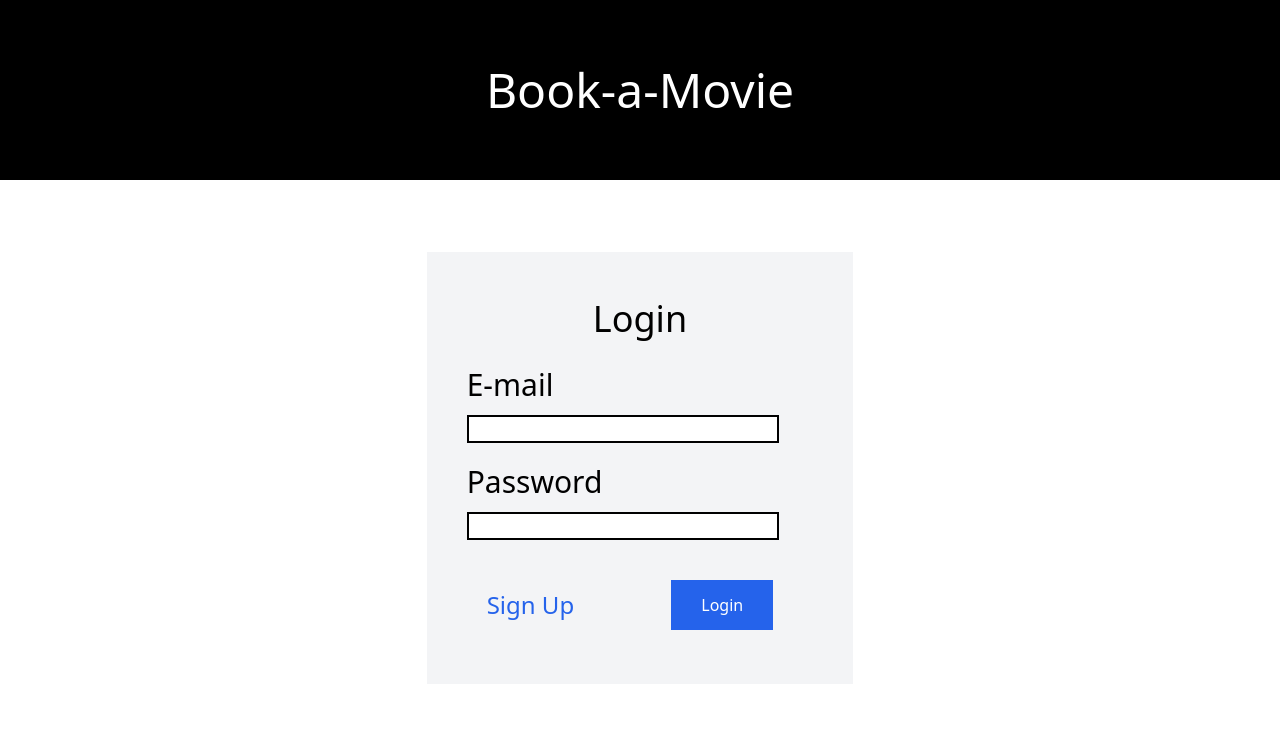
Repository: BhumilModi/movie-booking-app-assignment
Page: /
An editor plug-in stored every save of this project. The page is shown before and after the next save, followed by the edit.
The browser window is 1280 px wide. The pictures show the whole page.
The project was rebuilt for these pictures with package versions that can differ from the ones it lists, and the page was loaded fresh each time. Also part of the build but not shown: src/App.css, src/components/Sidebar.jsx, src/components/Home.jsx, src/components/SignUp.jsx.

Above is the page before, as saved 2022-11-29 19:07:37.

After the next save:
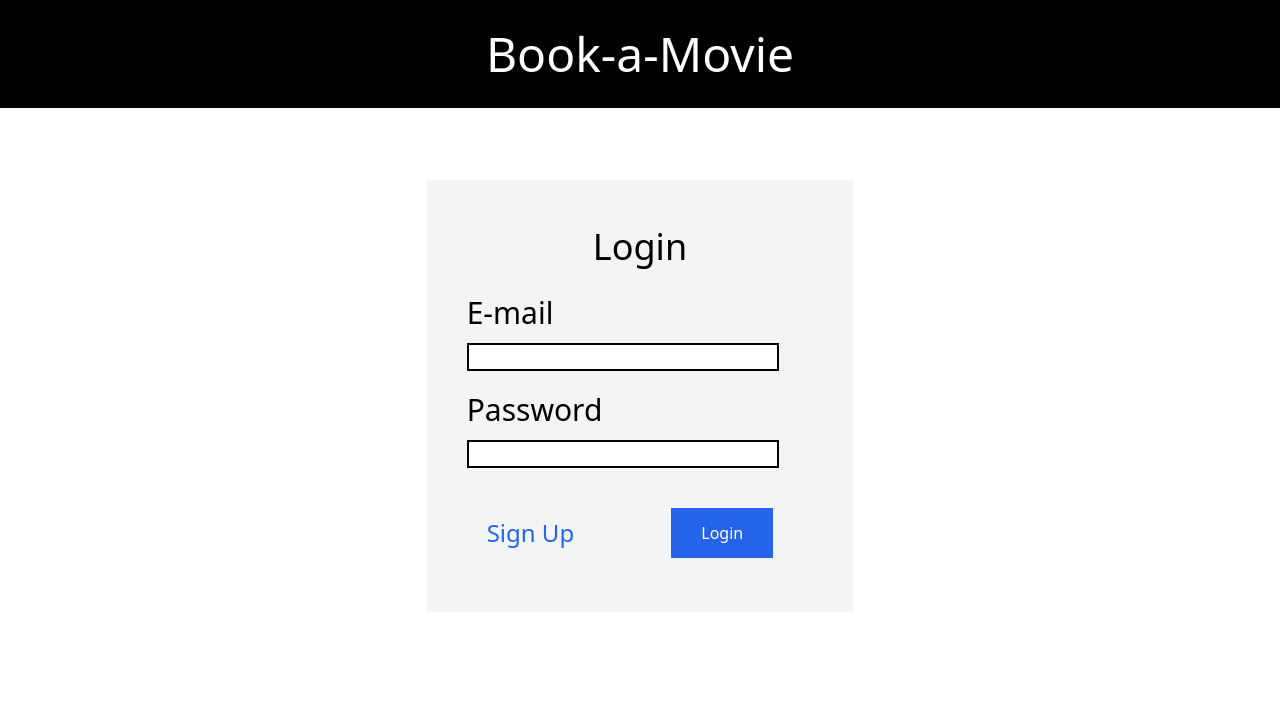
Saved 4 s later.
--- a/src/components/Navbar.jsx
+++ b/src/components/Navbar.jsx
@@ -2,7 +2,7 @@ import React from "react";
 
 function Navbar() {
   return (
-    <div className="h-[25vh] bg-black flex justify-center items-center w-full">
+    <div className="h-[15vh] bg-black flex justify-center items-center w-full">
       <div className="text-white text-[48px]">Book-a-Movie</div>
     </div>
   );
